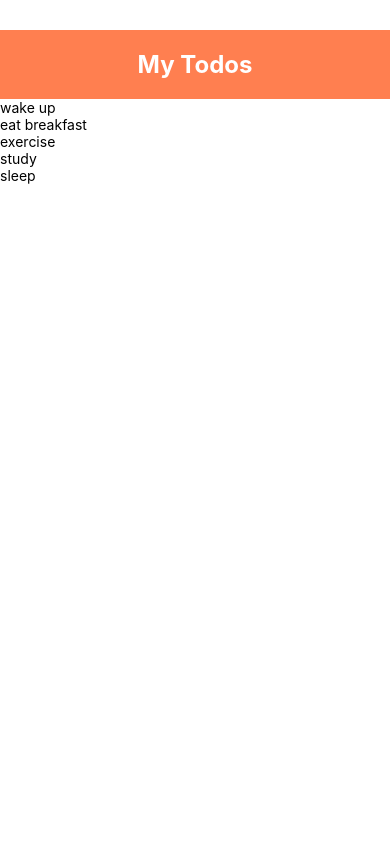
Repository: shiv0403/React-native-tutorial
Screen: /
The author's editor kept a copy of each file at every save. The screen is drawn from the files as they stood at one save, then again after the next save.
The app was drawn by React Native's web renderer in a window 390 px wide. The project was rebuilt for these pictures with package versions that can differ from the ones it lists, and the page was loaded fresh each time.

Above is the screen before, as saved 2021-02-11 09:15:34.

### App.js
import React, { useState } from "react";
import {
  FlatList,
  StyleSheet,
  Text,
  TouchableOpacity,
  View,
} from "react-native";
import Header from "./components/Header";

export default function App() {
  const [todo, setTodo] = useState([
    { text: "wake up", key: "1" },
    { text: "eat breakfast", key: "2" },
    { text: "exercise", key: "3" },
    { text: "study", key: "4" },
    { text: "sleep", key: "5" },
  ]);

  return (
    <View style={styles.container}>
      <Header />
      <View style={styles.content}>
        {/* to form */}
        <View style={styles.list}>
          <FlatList
            data={todo}
            keyExtractor={(item) => item.key}
            renderItem={({ item }) => {
              return <Text>{item.text}</Text>;
            }}
          />
        </View>
      </View>
    </View>
  );
}

const styles = StyleSheet.create({
  container: {
    flex: 1,
    backgroundColor: "#fff",
    marginTop: 30,
  },
});

### components/Header.js
import React, { useState } from "react";
import { StyleSheet, Text, View } from "react-native";

export default function Header() {
  return (
    <View style={styles.header}>
      <Text style={styles.title}>My Todos</Text>
    </View>
  );
}

const styles = StyleSheet.create({
  header: {
    padding: 20,
    backgroundColor: "coral",
  },
  title: {
    textAlign: "center",
    fontSize: 24,
    fontWeight: "bold",
    color: "#fff",
  },
});

After the next save:
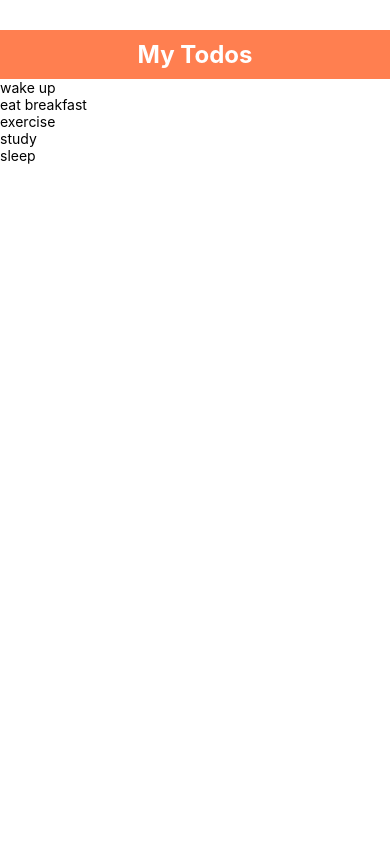
Saved 9 s later.
--- a/components/Header.js
+++ b/components/Header.js
@@ -11,7 +11,7 @@ export default function Header() {
 
 const styles = StyleSheet.create({
   header: {
-    padding: 20,
+    padding: 10,
     backgroundColor: "coral",
   },
   title: {
